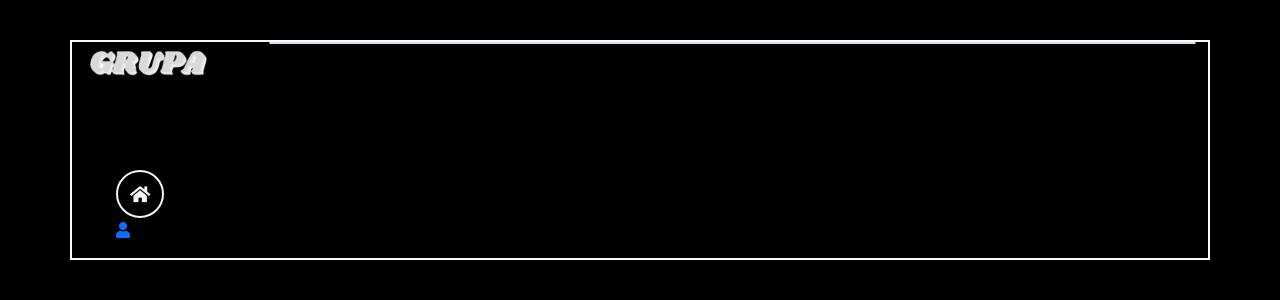
Repository: latenightsnacc/urban-pancake
Page: index.html
An editor plug-in stored every save of this project. The page is shown before and after the next save, followed by the edit.
The browser window is 1280 px wide. The pictures show the whole page.
Some web libraries are served in a nearby version.

Above is the page before, as saved 2021-04-30 15:45:14.

### index.html
<!DOCTYPE html>
<html lang="en">
<head>
    <meta charset="UTF-8">
    <meta http-equiv="X-UA-Compatible" content="IE=edge">
    <meta name="viewport" content="width=device-width, initial-scale=1.0">
    <!--Tailwind Css-->
    <link href="https://unpkg.com/tailwindcss@^2/dist/tailwind.min.css" rel="stylesheet">
    <!--Bootstrap CSS-->
    <link href="https://cdn.jsdelivr.net/npm/bootstrap@5.0.0-beta3/dist/css/bootstrap.min.css" rel="stylesheet" integrity="sha384-eOJMYsd53ii+scO/bJGFsiCZc+5NDVN2yr8+0RDqr0Ql0h+rP48ckxlpbzKgwra6" crossorigin="anonymous">
    <!--Font Awesome 5 CDN-->
    <link href="https://cdnjs.cloudflare.com/ajax/libs/font-awesome/5.13.0/css/all.min.css" rel="stylesheet">
    <!--Material Icons-->
    <link href="https://fonts.googleapis.com/css?family=Material+Icons|Material+Icons+Outlined|Material+Icons+Two+Tone|Material+Icons+Round|Material+Icons+Sharp" rel="stylesheet">
    <!--Google Font-->
    <link rel="preconnect" href="https://fonts.gstatic.com">
    <link href="https://fonts.googleapis.com/css2?family=Archivo:wght@400;700&display=swap" rel="stylesheet">
    <title>GRUPA</title>
</head>
<body class="bg-black pt-10">
    <main class="container border-2 border-gray-50">
        <div class="w-full flex flex-row">
            <div class="w-1/6">
                <a href="index.html">
                    <div class="h-32 w-32">
                        <img class="w-full" src="./assets/logo/LOGO-shadow.png" >
                    </div>
                </a>
                <ul class="flex flex-col">
                    <li class="mr-5">
                        <a href="index.html" class="flex flex-row items-center justify-center text-lg border-2 shadow-2xl border-gray-100 rounded-full h-12 w-12 text-gray-100 no-underline">
                            <i class="fas fa-home"></i>
                            <!-- <span class="ml-2 hidden md:block capitalize text-sm">home</span> -->
                        </a>
                    </li>
                    <li>
                        <a href="#">
                            <i class="fas fa-user"></i>
                        </a>
                    </li>
                </ul>
            </div>
            <div class="w-5/6">
            <div class="border rounded-lg">
                <img src="" alt="">
            </div>
            </div>
        </div>
    </main>

    <!--bootstrap JS-->
    <script src="https://cdn.jsdelivr.net/npm/bootstrap@5.0.0-beta3/dist/js/bootstrap.bundle.min.js" integrity="sha384-JEW9xMcG8R+pH31jmWH6WWP0WintQrMb4s7ZOdauHnUtxwoG2vI5DkLtS3qm9Ekf" crossorigin="anonymous"></script>
</body>
</html>

After the next save:
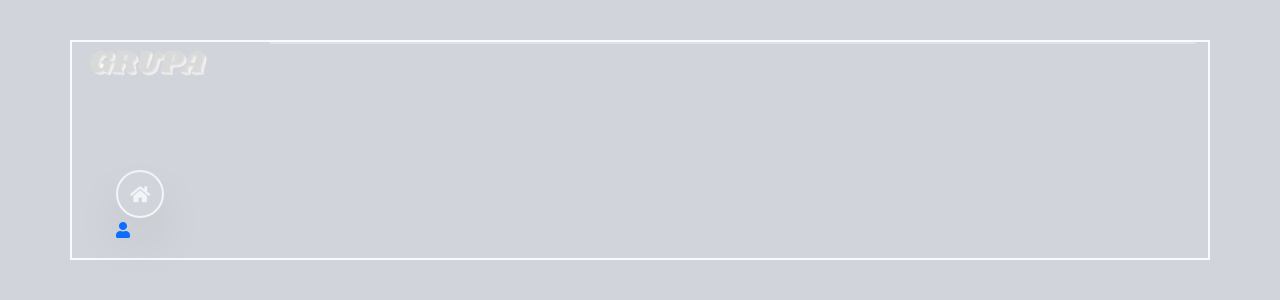
Saved 17 s later.
--- a/index.html
+++ b/index.html
@@ -17,7 +17,7 @@
     <link href="https://fonts.googleapis.com/css2?family=Archivo:wght@400;700&display=swap" rel="stylesheet">
     <title>GRUPA</title>
 </head>
-<body class="bg-black pt-10">
+<body class="bg-gray-300 pt-10">
     <main class="container border-2 border-gray-50">
         <div class="w-full flex flex-row">
             <div class="w-1/6">
